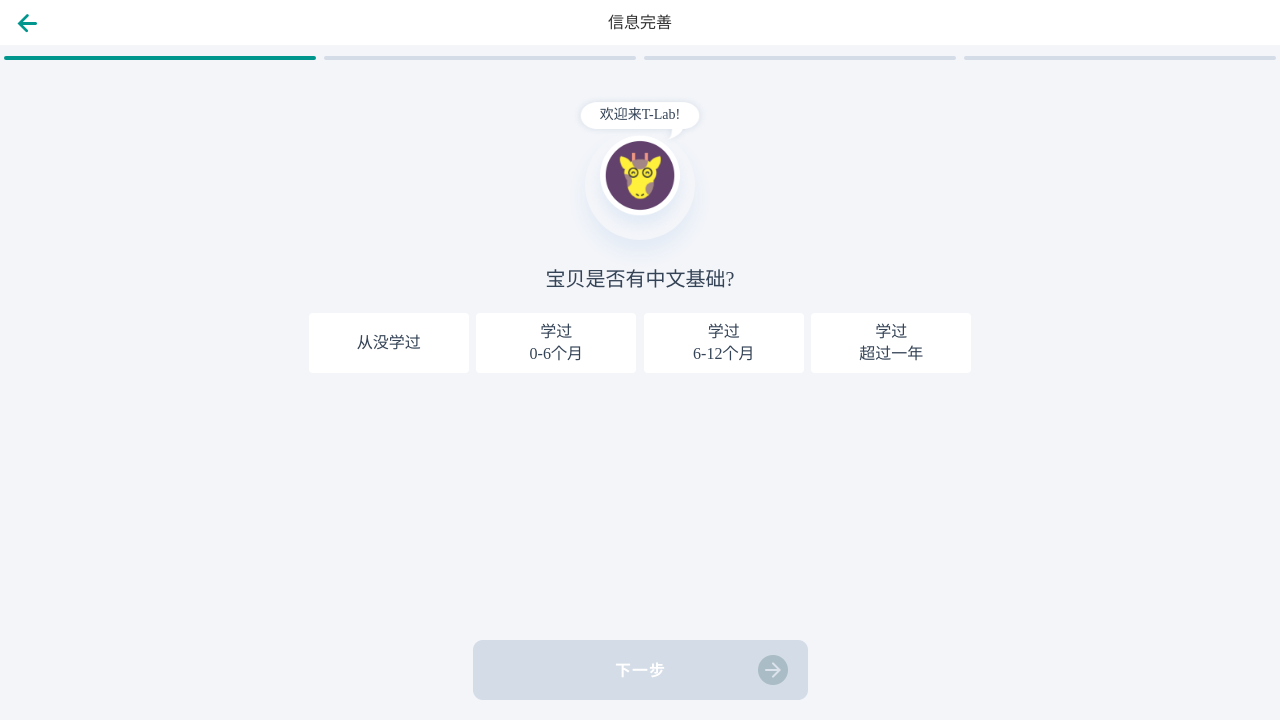
Repository: huangjf1/1
Page: /
These files come from the project's save history. The page is drawn as it stood at one moment and after the next save; the edit follows.
The browser window is 1280 px wide. The pictures show the whole page.
The project was rebuilt for these pictures with package versions that can differ from the ones it lists, and the page was loaded fresh each time. Also part of the build but not shown: vue.config.js.

Above is the page before, as saved 2021-08-24 12:24:33.

After the next save:
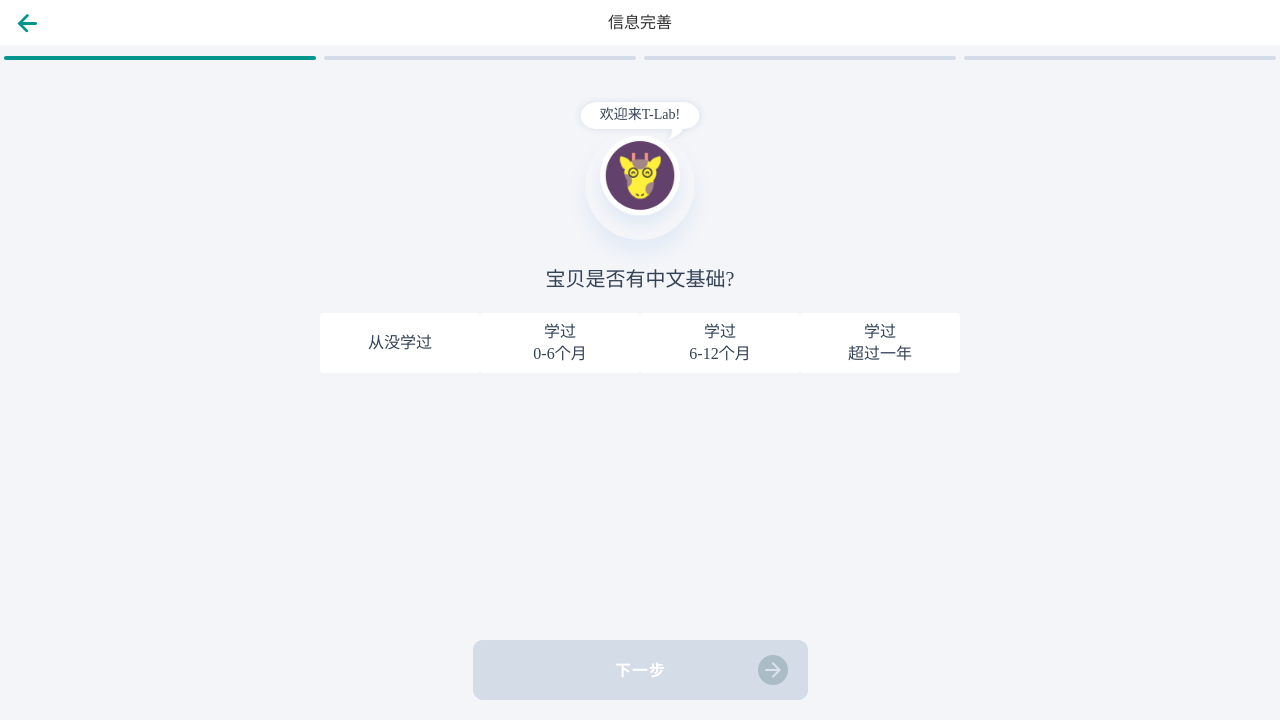
Saved 9 s later.
--- a/src/views/index.vue
+++ b/src/views/index.vue
@@ -368,7 +368,7 @@ export default {
         flex-direction: column;
         .select-chines {
           flex: 1;
-          width: 670px;
+          max-width: 670px;
           margin: 0 auto;
           position: relative;
           .message-info {
